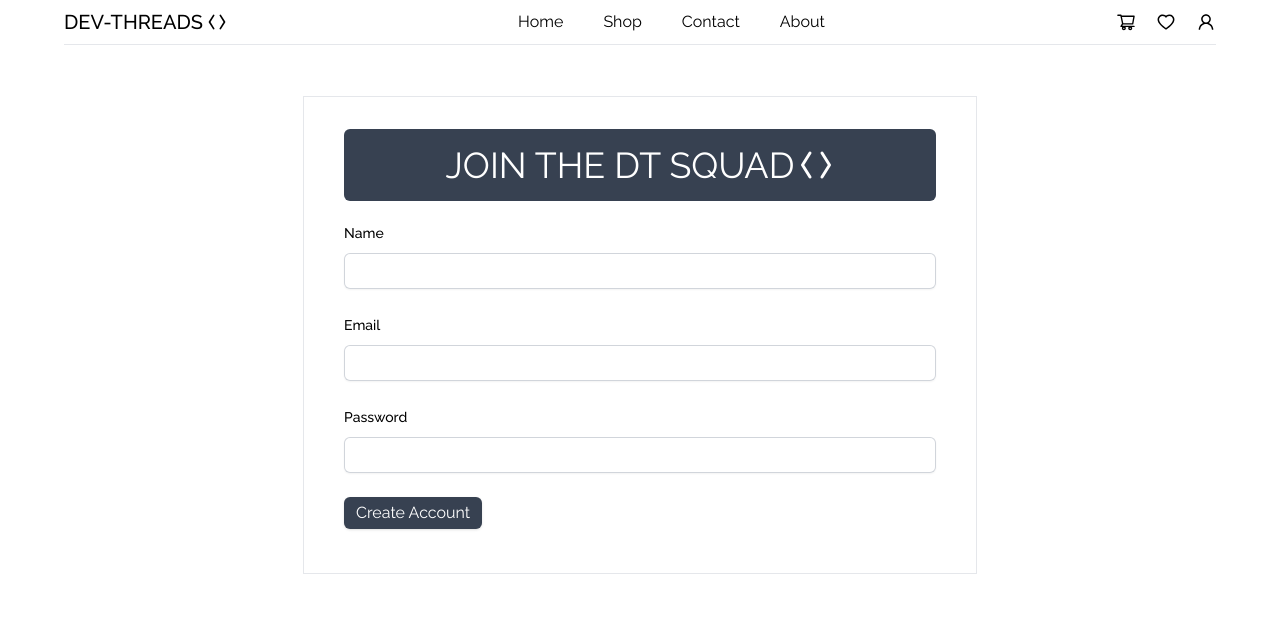
Repository: DevAntonioRogers/next14-devthreads-ecommerce
Page: /sign-up
The author's editor kept a copy of each file at every save. The page is drawn from the files as they stood at one save, then again after the next save.
The browser window is 1280 px wide. The pictures show the whole page.
The page's requests for data from a server got no answer. The project was rebuilt for these pictures with package versions that can differ from the ones it lists, and the page was loaded fresh each time. The framework's server and built-in components were replaced by stand-ins that run in the browser. No one was signed in, and anything a server would have sent is missing. Also part of the build but not shown: next.config.js.

Above is the page before, as saved 2024-01-16 10:11:47.

### app/layout.tsx
import type { Metadata } from "next";
import { Raleway } from "next/font/google";
import "./globals.css";
import Navbar from "@/components/Navbar";
import AuthContext from "@/context/AuthContext";
import getCurrentUser from "./(auth)/actions/getCurrentUser";

const raleway = Raleway({
  subsets: ["latin"],
  weight: ["200", "300", "400", "500", "600", "700", "900"],
});

export const metadata: Metadata = {
  title: "Dev-Threads",
  description: "E-commerce Website",
};

export default async function RootLayout({
  children,
}: {
  children: React.ReactNode;
}) {
  const user = await getCurrentUser();
  return (
    <html lang="en">
      <body className={raleway.className}>
        <AuthContext>
          <Navbar user={user!} />
          {children}
        </AuthContext>
      </body>
    </html>
  );
}

### app/(auth)/sign-up/page.tsx
import SignUpForm from "../components/SignUpForm";

const page = () => {
  return (
    <div className="py-5">
      <SignUpForm />
    </div>
  );
};

export default page;

### app/globals.css
@tailwind base;
@tailwind components;
@tailwind utilities;

@layer styles {
  .main-container {
    @apply w-[90%] max-w-[1400px] mx-auto;
  }
}

### components/Navbar.tsx
"use client";
import { useState } from "react";
import Link from "next/link";
import { signOut } from "next-auth/react";
import { mainLinks } from "@/constants";
import { userLinks } from "@/constants";
import { User } from "@prisma/client";

//icons
import {
  AiOutlineUser,
  AiOutlineShoppingCart,
  AiOutlineHeart,
} from "react-icons/ai";
import { FiMenu } from "react-icons/fi";
import { MdClose } from "react-icons/md";
import { TbBracketsAngle } from "react-icons/tb";

interface NavbarProps {
  user: User;
}

const Navbar: React.FC<NavbarProps> = ({ user }) => {
  const [openMobileMenu, setOpenMobileMenu] =
    useState(false);
  const [openUserMenu, setOpenUserMenu] = useState(false);

  const mobileMenuHandler = () => {
    setOpenMobileMenu(!openMobileMenu);
  };

  const userMenuHandler = () => {
    setOpenUserMenu(!openUserMenu);
  };
  return (
    <nav>
      <div className="main-container border-b border-1 flex justify-between items-center py-2 relative">
        <Link href={"/"}>
          <div className="flex gap-1 items-center text-xl font-medium text-black">
            <h1>DEV-THREADS</h1>
            <TbBracketsAngle />
          </div>
        </Link>

        <ul className="flex gap-10 max-md:hidden">
          {mainLinks.map((link) => (
            <Link href={link.route}>
              <li>{link.label}</li>
            </Link>
          ))}
        </ul>

        <div className="flex gap-5 text-xl [&>*]:cursor-pointer">
          <AiOutlineShoppingCart />
          <AiOutlineHeart />
          <div
            className="max-md:hidden"
            onClick={userMenuHandler}
          >
            <AiOutlineUser />
          </div>
          <div
            className="md:hidden"
            onClick={mobileMenuHandler}
          >
            {openMobileMenu ? <MdClose /> : <FiMenu />}
          </div>
        </div>

        {/* USER MENU */}
        {openUserMenu && (
          <div className="z-10 absolute right-0 top-[40px] w-28 bg-gray-700 shadow-md rounded-md p-4 text-white max-md:hidden text-center">
            {!user ? (
              <ul>
                <Link href={"/sign-in"}>
                  <li>Log In</li>
                </Link>
                <Link href={"/sign-up"}>
                  <li>Sign Up</li>
                </Link>
              </ul>
            ) : (
              <ul>
                {userLinks.map((link) => (
                  <Link href={link.route}>
                    <li>{link.label}</li>
                  </Link>
                ))}
                <li
                  className="cursor-pointer"
                  onClick={() => signOut()}
                >
                  Sign Out
                </li>
              </ul>
            )}
          </div>
        )}
      </div>

      {/* MOBILE MENU */}
      {openMobileMenu && (
        <div className="md:hidden">
          <div className="absolute right-5 w-48 bg-gray-700 py-5 shadow-md rounded-md p-4 text-white text-center z-[99999]">
            <ul className="flex flex-col gap-5">
              {mainLinks.map((link) => (
                <Link href={link.route}>
                  <li>{link.label}</li>
                </Link>
              ))}
              {!user ? (
                <>
                  <Link href={"/sign-in"}>
                    <li>Log In</li>
                  </Link>
                  <Link href={"/sign-up"}>
                    <li>Sign Up</li>
                  </Link>
                </>
              ) : (
                <>
                  {userLinks.map((link) => (
                    <Link href={link.route}>
                      <li>{link.label}</li>
                    </Link>
                  ))}
                  <li
                    className="cursor-pointer"
                    onClick={() => signOut()}
                  >
                    Sign Out
                  </li>
                </>
              )}
            </ul>
          </div>
        </div>
      )}
    </nav>
  );
};

export default Navbar;

### context/AuthContext.tsx
"use client";

import { SessionProvider } from "next-auth/react";

export interface AuthContextProps {
  children: React.ReactNode;
}

export default function AuthContext({
  children,
}: AuthContextProps) {
  return <SessionProvider>{children}</SessionProvider>;
}

### app/(auth)/actions/getCurrentUser.tsx
import prisma from "@/lib/prismadb";
import getUserSession from "./getUserSession";

const getCurrentUser = async () => {
  try {
    const session = await getUserSession();

    if (!session?.user?.email) {
      return null;
    }

    const currentUser = await prisma.user.findUnique({
      where: {
        email: session.user.email as string,
      },
    });

    if (!currentUser) {
      return null;
    }

    return currentUser;
  } catch (error: any) {
    return null;
  }
};

export default getCurrentUser;

### app/(auth)/components/SignUpForm.tsx
"use client";

import { TbBracketsAngle } from "react-icons/tb";
import Input from "@/components/ui/Input";
import { useState } from "react";
import Button from "@/components/ui/Button";

const SignUpForm = () => {
  const [isSubmitting, setIsSubmitting] = useState(false);
  return (
    <div className="mt-8 sm:mx-auto sm:w-full sm:max-w-2xl md:outline outline-1 outline-gray-200">
      <div className="px-4 py-8 sm:rounded-lg sm:px-10">
        <div className="md:text-4xl sm:text-2xl mb-5 uppercase w-full text-center flex items-center text-white gap-1 justify-center bg-gray-700 py-4 rounded-md">
          <h1>Join the DT Squad</h1>
          <TbBracketsAngle />
        </div>

        <form className="space-y-6 mb-3">
          <Input
            type="text"
            id="name"
            label="Name"
            disabled={isSubmitting}
          />
          <Input
            type="email"
            id="email"
            label="Email"
            disabled={isSubmitting}
          />
          <Input
            type="password"
            id="password"
            label="Password"
            disabled={isSubmitting}
          />
          <Button type="submit">Create Account</Button>
        </form>
      </div>
    </div>
  );
};

export default SignUpForm;

### constants/index.ts
export const mainLinks = [
  {
    route: "/",
    label: "Home",
  },
  {
    route: "/shop",
    label: "Shop",
  },
  {
    route: "/contact",
    label: "Contact",
  },
  {
    route: "/",
    label: "About",
  },
];


export const userLinks = [
  {
    route: "/dashboard",
    label: "Orders",
  },
  {
    route: "/wishlist",
    label: "Wishlist",
  },
];

### app/(auth)/actions/getUserSession.tsx
import { getServerSession } from "next-auth";
import { authOptions } from "../api/[...nextauth]/route";

export default async function getUserSession() {
  return await getServerSession(authOptions);
}

### components/ui/Input.tsx
import clsx from "clsx";

interface InputProps {
  label: string;
  id: string;
  type: string;
  disabled?: boolean;
}

const Input: React.FC<InputProps> = ({
  label,
  id,
  type,
  disabled,
}) => {
  return (
    <div>
      <label
        htmlFor={id}
        className="block text-sm font-medium leading-6"
      >
        {label}
      </label>
      <div className="mt-2">
        <input
          disabled={disabled}
          name={id}
          required
          id={id}
          type={type}
          autoComplete={id}
          className={clsx(
            `block w-full rounded-md border-0 px-1 py-1.5 text-gray-900 shadow-sm ring-1 ring-inset ring-gray-300 placeholder:text-gray-400 focus:ring-2 focus:ring-inset focus:ring-gray-500 sm:text-sm sm:leading-6`,
            disabled && "opacity-50 cursor-default"
          )}
        />
      </div>
    </div>
  );
};

export default Input;

### components/ui/Button.tsx
"use client";

import { useFormStatus } from "react-dom";

interface ButtonProps {
  type?: "button" | "submit" | "reset";
  children?: React.ReactNode;
  onClick?: React.MouseEventHandler<HTMLButtonElement>;
  disabled?: boolean;
}

const Button: React.FC<ButtonProps> = ({
  type,
  children,
  onClick,
  disabled,
}) => {
  const { pending } = useFormStatus();

  return (
    <button
      disabled={disabled}
      onClick={onClick}
      type={type}
      aria-disabled={pending}
      className="bg-gray-700 text-white py-1 px-3 shadow rounded-md"
    >
      {children}
    </button>
  );
};

export default Button

### app/(auth)/api/[...nextauth]/route.ts
import bcrypt from "bcrypt";
import NextAuth, { AuthOptions } from "next-auth";
import CredentialsProvider from "next-auth/providers/credentials";
import { PrismaAdapter } from "@next-auth/prisma-adapter";
import prisma from "@/lib/prismadb";

export const authOptions: AuthOptions = {
  adapter: PrismaAdapter(prisma),
  providers: [
    CredentialsProvider({
      name: 'credentials',
      credentials: {
        email: { label: 'email', type: 'text' },
        password: { label: 'password', type: 'password' }
      },
      async authorize(credentials) {
        if (!credentials?.email || !credentials?.password) {
          throw new Error('Invalid credentials');
        }

        const user = await prisma.user.findUnique({
          where: {
            email: credentials.email
          }
        });

        if (!user || !user?.hashedPassword) {
          throw new Error('Invalid credentials');
        }

        const isCorrectPassword = await bcrypt.compare(
          credentials.password,
          user.hashedPassword
        );

        if (!isCorrectPassword) {
          throw new Error('Invalid credentials');
        }

        return user;
      }
    })
  ],

  pages: {
    signIn: "/sign-in",
  },

  session: {
    strategy: "jwt",
  },

  secret: process.env.NEXTAUTH_SECRET,
};

const handler = NextAuth(authOptions);

export { handler as GET, handler as POST };

Loaded but not shown: lib/prismadb.ts (common file); tailwind.config.ts (common file)

After the next save:
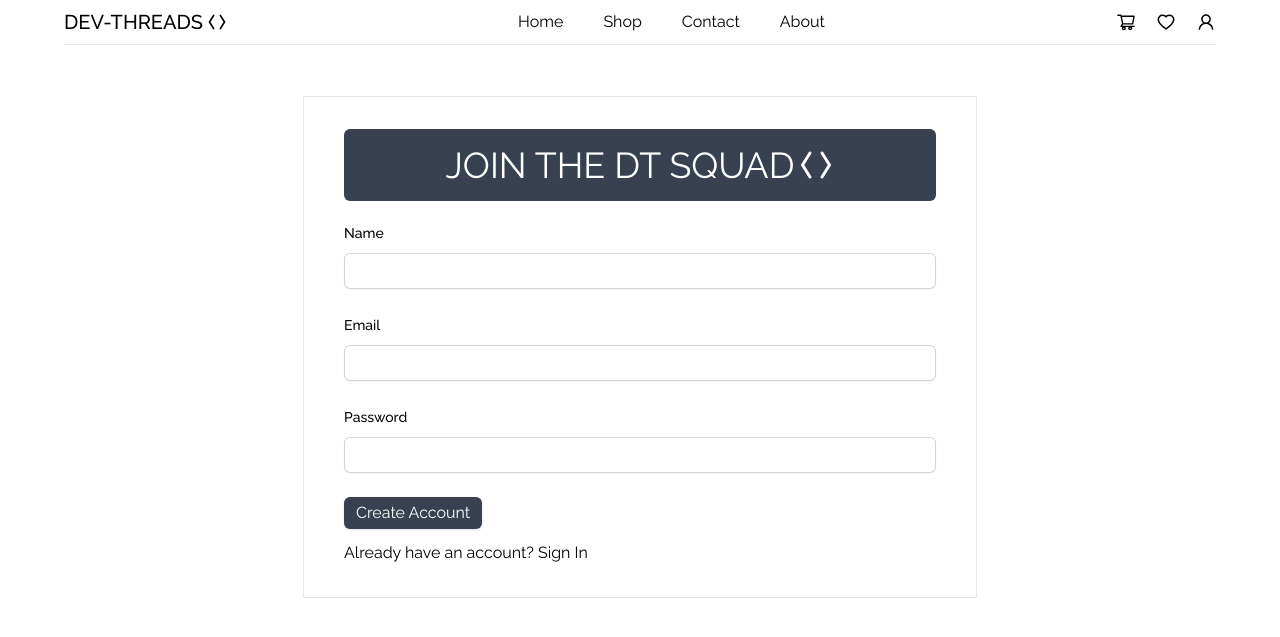
Saved 69 s later.
--- a/app/(auth)/components/SignUpForm.tsx
+++ b/app/(auth)/components/SignUpForm.tsx
@@ -4,6 +4,7 @@
 import Input from "@/components/ui/Input";
 import { useState } from "react";
 import Button from "@/components/ui/Button";
+import Link from "next/link";
 
 const SignUpForm = () => {
   const [isSubmitting, setIsSubmitting] = useState(false);
@@ -36,6 +37,11 @@
           />
           <Button type="submit">Create Account</Button>
         </form>
+        <Link href={"/sign-in"}>
+          <span className="mt-3 hover:underline">
+            Already have an account? Sign In
+          </span>
+        </Link>
       </div>
     </div>
   );
